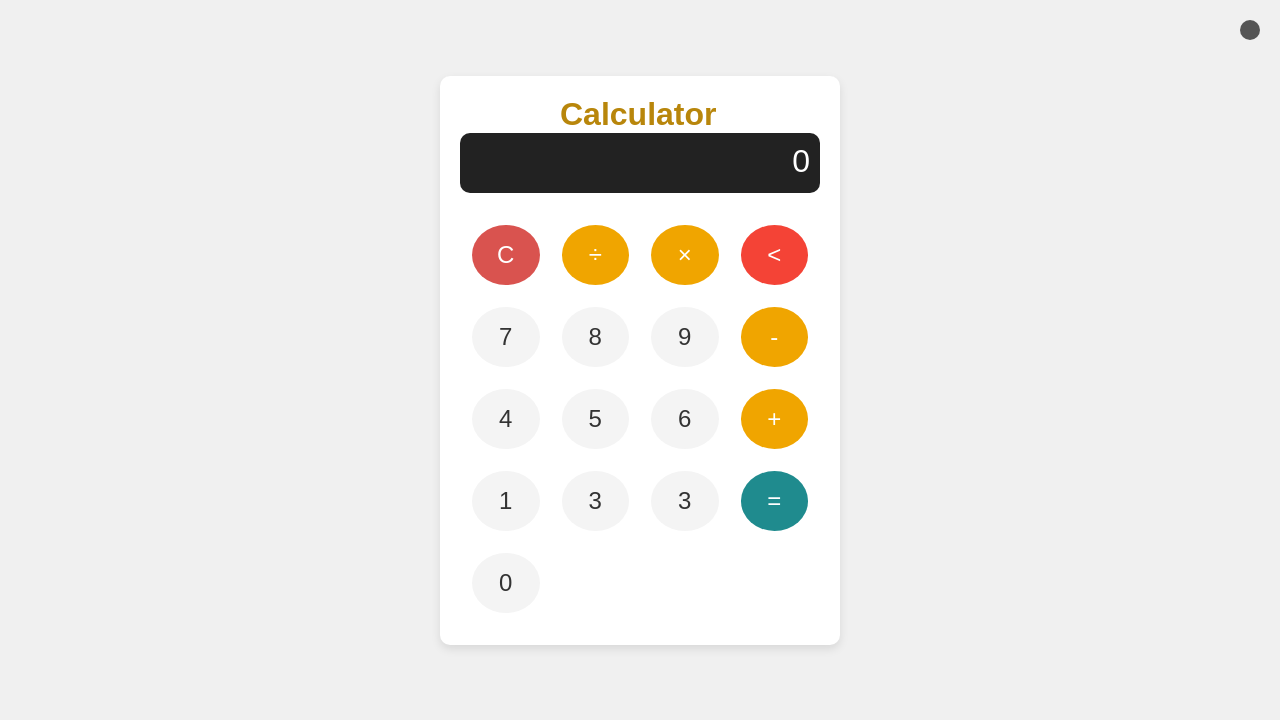
Repository: akhiranandan-04/Calculator
Page: index.html
An editor plug-in stored every save of this project. The page is shown before and after the next save, followed by the edit.
The browser window is 1280 px wide. The pictures show the whole page.

Above is the page before, as saved 2024-10-09 17:19:46.

### index.html
<!DOCTYPE html>
<html lang="en">
<head>
    <meta charset="UTF-8">
    <meta name="viewport" content="width=device-width, initial-scale=1.0">
    <title>Calculator</title>
    <link rel="stylesheet" href="style.css">
</head>
<body>

    <div class="container">
        <div class="calculater dark">
            <h1>Calculator</h1>
            <div class="theme-toggler active">
                <i class="toggler-icon"></i>
            </div>
            <div class="display-screen">
                <div id="display"><h1>Calculator</h1></div>
            </div>
            <div class="buttons">
                <table>
                    <tr>
                        <td><button class="btn-operater" id="clear">C</button></td>
                        <td><button class="btn-operater" id="/">&divide;</button></td>
                        <td><button class="btn-operater" id="*">&times;</button></td>
                        <td><button class="btn-operater" id="backspace"><</button></td>
                    </tr>
                    <tr>
                        <td><button class="btn-num" id="7">7</button></td>
                        <td><button class="btn-num" id="8">8</button></td>
                        <td><button class="btn-num" id="9">9</button></td>
                        <td><button class="btn-operater" id="-">-</button></td>
                    </tr>
                    <tr>
                        <td><button class="btn-num" id="4">4</button></td>
                        <td><button class="btn-num" id="5">5</button></td>
                        <td><button class="btn-num" id="6">6</button></td>
                        <td><button class="btn-operater" id="+">+</button></td>
                    </tr>
                    <tr>
                        <td><button class="btn-num" id="1">1</button></td>
                        <td><button class="btn-num" id="2">3</button></td>
                        <td><button class="btn-num" id="3">3</button></td>
                        <td><button class="btn-equal" id="equal">=</button></td>
                    </tr>
                    <tr>
                        <td><button class="btn-num" id="0">0</button></td>

                    </tr>
                </table>
            </div>
        </div>
    </div>

    <script src="script.js"></script>

</body>
</html>

### style.css

* {
    margin: 0;
    padding: 0;
    box-sizing: border-box;
    background: linear-gradient(rgba(0,0,0,0.5) red);
}

body {
    font-family: Arial, sans-serif;
    display: flex;
    justify-content: center;
    align-items: center;
    height: 100vh;
    background-color: #f0f0f0;

}

.container {
    display: flex;
    justify-content: center;
    align-items: center;
}
h1{
    align-items: center;
    justify-content: center;
    margin-left: 100px;
    color:darkgoldenrod;
}
.calculater {
    width: 400px;
    background-color: #fff;
    border-radius: 10px;
    box-shadow: 0 4px 10px rgba(0, 0, 0, 0.1);
    padding: 20px;
}


.display-screen {
    width: 100%;
    height: 60px;
    background-color: #222;
    color: white;
    border-radius: 10px;
    text-align: right;
    padding: 10px;
    font-size: 2em;
}

.buttons {
    margin-top: 20px;
}

table {
    width: 100%;
    table-layout: fixed;
}

td {
    width: 25%;
    padding: 10px;
}

button {
    width: 100%;
    height: 60px;
    font-size: 1.5em;
    border: none;
    outline: none;
    border-radius: 10px;
    cursor: pointer;
    transition: background-color 0.3s;
    border-radius: 80%;
}


.btn-num {
    background-color: #f4f4f4;
    color: #333;
}

.btn-operater {
    background-color: #f0a500;
    color: white;
}

.btn-equal {
    background-color: #1f8b8e;
    color: white;
}

button:hover {
    opacity: 0.8;
}

#clear {
    background-color: #d9534f;
    color: white;
}

#backspace {
    background-color: #f44336;
    color: white;
}

/* Theme Toggler */
.theme-toggler {
    position: absolute;
    top: 20px;
    right: 20px;
    background-color: #222;
    color: white;
    padding: 10px;
    border-radius: 50%;
    cursor: pointer;
}

.theme-toggler.active {
    background-color: #555;
}

body.dark .calculater {
    background-color: #333;
}

body.dark .display-screen {
    background-color: #111;
}

body.dark button {
    background-color: #444;
    color: #fff;
}

body.dark #clear {
    background-color: #c9302c;
}

### script.js
const display = document.getElementById('display');
const clear = document.getElementById('clear');
const backspace = document.getElementById('backspace');
const equal = document.getElementById('equal');
const buttons = document.querySelectorAll('.btn-num, .btn-operater');

let currentInput = '';

function updateDisplay() {
    display.innerHTML = currentInput || '0';
}

buttons.forEach(button => {
    button.addEventListener('click', () => {
        const buttonText = button.innerText;

        if (button.classList.contains('btn-num') || button.classList.contains('btn-operater')) {
            currentInput += buttonText;
        }

        updateDisplay();
    });
});

backspace.addEventListener('click', () => {
    currentInput = currentInput.slice(0, -1);
    updateDisplay();
});

clear.addEventListener('click', () => {
    currentInput = '';
    updateDisplay();
});

equal.addEventListener('click', () => {
    try {
        currentInput = eval(currentInput).toString();
    } catch (e) {
        currentInput = 'Error';
    }
    updateDisplay();
});

updateDisplay();

const themeToggler = document.querySelector('.theme-toggler');

themeToggler.addEventListener('click', () => {
    document.body.classList.toggle('dark');
    themeToggler.classList.toggle('active');
});

After the next save:
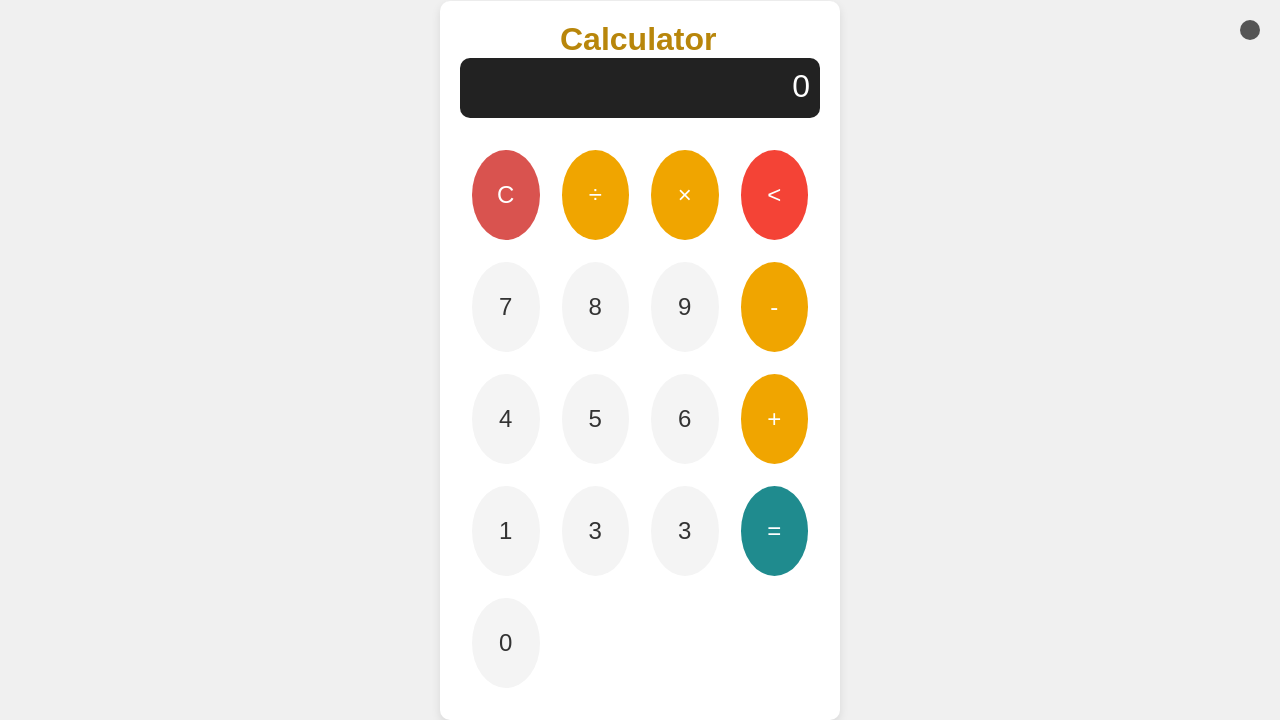
Saved 12 s later.
--- a/style.css
+++ b/style.css
@@ -63,7 +63,7 @@ td {
 
 button {
     width: 100%;
-    height: 60px;
+    height: 90px;
     font-size: 1.5em;
     border: none;
     outline: none;
